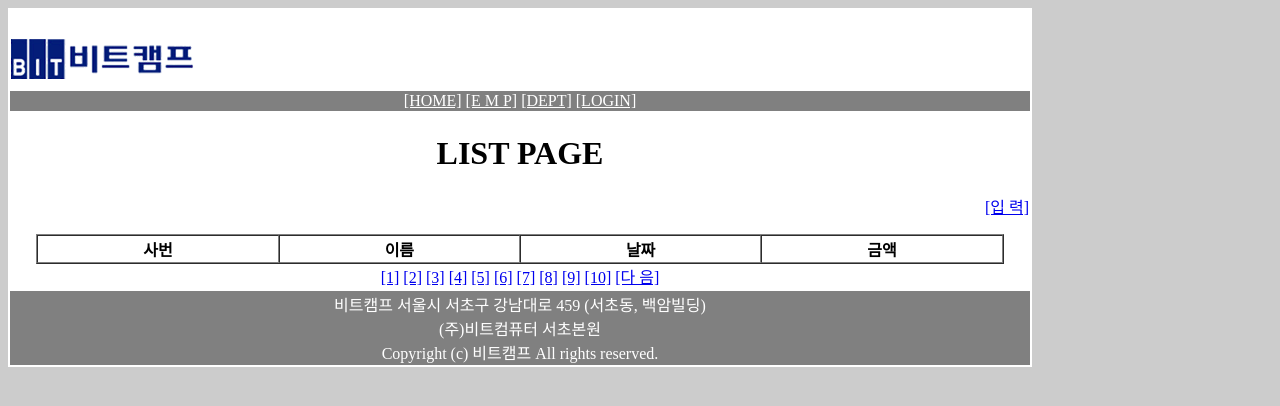
Repository: Deepsky110/LectureNotes
Page: http://localhost/web05/emp/list.jsp?page=1
The author's editor kept a copy of each file at every save. The page is drawn from the files as they stood at one save, then again after the next save.
The browser window is 1280 px wide. The pictures show the whole page.
The page is served by Tomcat 9. Queries for data that is not in the repository find no rows.

Above is the page before, as saved 2020-07-03 07:48:54.

### web05/WebContent/emp/list.jsp
<%@ page language="java" contentType="text/html; charset=EUC-KR"
    pageEncoding="EUC-KR" import="java.sql.*" %>
<!DOCTYPE html PUBLIC "-//W3C//DTD HTML 4.01 Transitional//EN" "http://www.w3.org/TR/html4/loose.dtd">
<html>
<head>
<meta http-equiv="Content-Type" content="text/html; charset=EUC-KR">
<title>Insert title here</title>
</head>
<body bgcolor="#cccccc">
<%@ include file="../template/header.jspf" %>
<%@ include file="../template/menu.jspf" %>
	<h1>LIST PAGE</h1>
	<p align="right"><a href="add.jsp">[입 력]</a></p>
	<table width="95%" border="1" cellspacing="0" align="center">
		<tr>
			<th>사번</th>
			<th>이름</th>
			<th>날짜</th>
			<th>금액</th>
		</tr>
		<%
		int tot=0;
		int p = 1;
		String param = request.getParameter("page");
		if(param!=null) p = Integer.parseInt(param);


		int startNum = 1+(p-1)*10; // 01,11,21,31,41,51
		int endNum = 10+(p-1)*10; // 10,20,30,40,50
		String sql="select * from (select rownum as rn,sabun,name,nalja,pay from ";
		sql+=" (select * from emp01 order by sabun desc)) where rn between "+startNum+" and " +endNum;

		Class.forName(driver);

		try{
			conn = DriverManager.getConnection(url, user, password);
			stmt = conn.createStatement(); // statement를 connection으로부터 만들기
			rs = stmt.executeQuery("select count(*) from emp01");
			if(rs.next())tot=rs.getInt(1);

			stmt = conn.createStatement();
			rs = stmt.executeQuery(sql);
			while(rs.next()){
		%>
		<tr>
			<td><a href="detail.jsp?idx=<%=rs.getInt("sabun") %>"><%=rs.getInt("sabun") %></a></td>
			<td><a href="detail.jsp?idx=<%=rs.getInt("sabun") %>"><%=rs.getString("name") %></a></td>
			<td><a href="detail.jsp?idx=<%=rs.getInt("sabun") %>"><%=rs.getDate("nalja") %></a></td>
			<td><a href="detail.jsp?idx=<%=rs.getInt("sabun") %>"><%=rs.getInt("pay") %></a></td>
		</tr>
		<%
			}
		}
		finally {
			if(rs!=null)rs.close();
			if(stmt!=null)stmt.close();
			if(conn!=null)conn.close();
		}
		%>

		</table>
		<center>
		<%
		//int tot=151;
		//if(tot%10==0)tot=tot/10;
		//else tot=tot/10+1;

		//p=1~10   -1/10 =0   +1*10  -> limit=10;
		//p=11~20   -1/10 =1   +1*10  -> limit=20;
		//p=21~30   -1/10 =2   +1*10  -> limit=30;
		//p=31~40   -1/10 =3   +1*10  -> limit=limit;
		tot=400;  // select count(*) from emp01;
		int lang=10;
		int limit=(tot-1)/10+1;
		int start=((p-1)/10)*10;
		int end =start+lang;
		if(end>limit) end=limit;
		if(p>=lang+1){
			out.print("<a href=list.jsp?page="+(start)+">[이 전]</a>");
		}
		for(int i=start; i<end; i++){
		%>
			<a href="list.jsp?page=<%=i+1%>">[<%=i+1 %>]</a>
		<%
		}
		if(end < limit){ // 다음 출력할 것이 있다는 것
			out.print("<a href=list.jsp?page="+(end+1)+">[다 음]</a>");
		}
		%>
	</center>
<%@ include file="../template/footer.jspf" %>
</body>
</html>

### web05/WebContent/template/header.jspf
<%@ page language="java" contentType="text/html; charset=EUC-KR"
    pageEncoding="EUC-KR"%>
<%
java.sql.Connection conn = null;
java.sql.Statement stmt = null;
java.sql.ResultSet rs = null;
String driver = "oracle.jdbc.driver.OracleDriver";
String url = "jdbc:oracle:thin:@localhost:1521:xe";
String user = "scott";
String password = "tiger";
%>
<table width="1024" align="center:" bgcolor="white">
		<tr>
			<td>
			<p><%
			Object obj= (String)session.getAttribute("name");
			if(obj!=null){
				String loginName = (String)obj; //(object=>string)
				out.print(loginName+"님 로그인 중...");
			}
			%></p> <!-- p가 뭘까 : 문단-->
			<img src="/web05/img/logo.png">
			</td>
		</tr>

### web05/WebContent/template/menu.jspf
<%@ page language="java" contentType="text/html; charset=EUC-KR"
    pageEncoding="EUC-KR"%>
		<tr>
			<td align="center" bgcolor="gray">
				<font color="white">
				<a href="/web05/index.jsp" style="color:white;">[HOME]</a>
				<a href="/web05/emp/list.jsp" style="color:white;">[E M P]</a>
				<a href="/web05/dept/list.jsp" style="color:white;">[DEPT]</a>
				<a href="/web05/login/form.jsp" style="color:white;">[LOGIN]</a>
				</font>
			</td>
		</tr>
		<tr>
			<td align="center">
				<!-- cotent start -->

### web05/WebContent/template/footer.jspf
<%@ page language="java" contentType="text/html; charset=EUC-KR"
    pageEncoding="EUC-KR"%>
				<!-- cotent end -->
			</td>
		</tr>
		<tr>
			<td bgcolor="gray" align="center">
				<font color="white">
				비트캠프 서울시 서초구 강남대로 459 (서초동, 백암빌딩)<br>
				(주)비트컴퓨터 서초본원<br>
				Copyright (c) 비트캠프 All rights reserved.<br>
				</font>
			</td>
		</tr>
	</table>

After the next save:
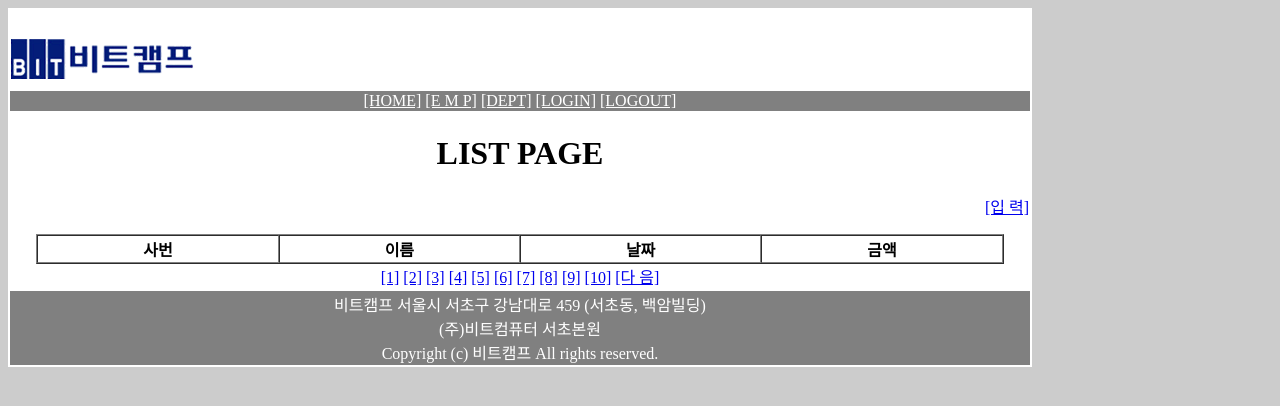
Saved 102 s later.
--- a/web05/WebContent/template/menu.jspf
+++ b/web05/WebContent/template/menu.jspf
@@ -6,7 +6,20 @@
 				<a href="/web05/index.jsp" style="color:white;">[HOME]</a>
 				<a href="/web05/emp/list.jsp" style="color:white;">[E M P]</a>
 				<a href="/web05/dept/list.jsp" style="color:white;">[DEPT]</a>
+				<%
+
+
+				%>
 				<a href="/web05/login/form.jsp" style="color:white;">[LOGIN]</a>
+				<%
+
+
+				%>
+				<a href="/web05/login/logout.jsp" style="color:white;">[LOGOUT]</a>
+				<%
+
+
+				%>
 				</font>
 			</td>
 		</tr>

After the 3 saves that followed:
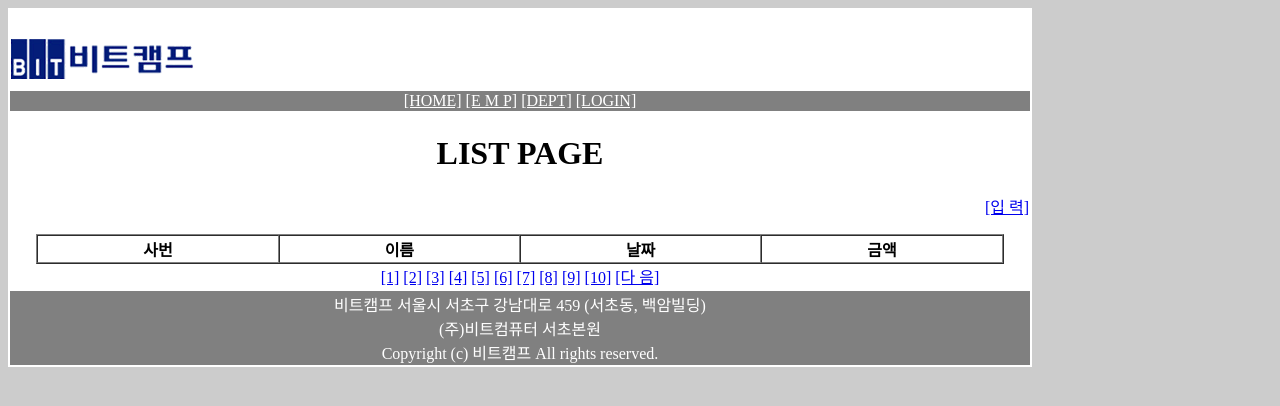
The 3 saves are shown as one change because 2 did not build or start.
The last was saved 3 min 27 s later.
--- a/web05/WebContent/template/menu.jspf
+++ b/web05/WebContent/template/menu.jspf
@@ -6,20 +6,17 @@
 				<a href="/web05/index.jsp" style="color:white;">[HOME]</a>
 				<a href="/web05/emp/list.jsp" style="color:white;">[E M P]</a>
 				<a href="/web05/dept/list.jsp" style="color:white;">[DEPT]</a>
-				<%
-
-
-				%>
+			<%
+				if(obj==null){
+			%>
 				<a href="/web05/login/form.jsp" style="color:white;">[LOGIN]</a>
-				<%
-
-
-				%>
+			<%
+				}else{
+			%>
 				<a href="/web05/login/logout.jsp" style="color:white;">[LOGOUT]</a>
-				<%
-
-
-				%>
+			<%
+				}
+			%>
 				</font>
 			</td>
 		</tr>
